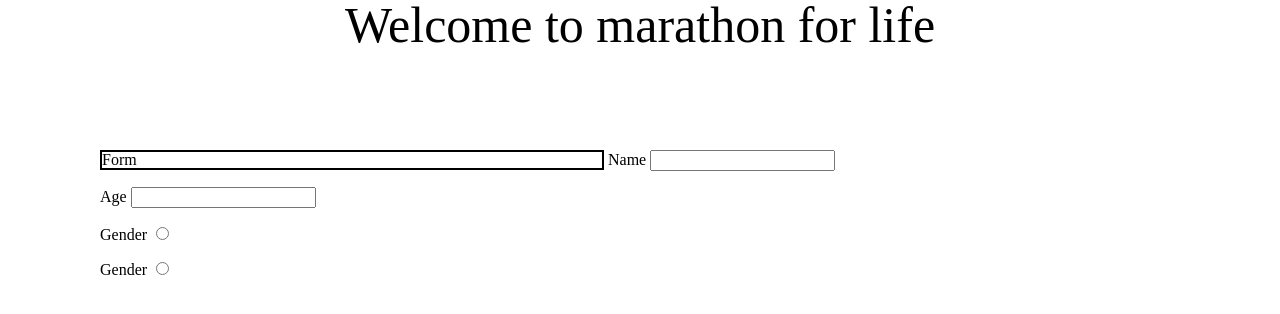
Repository: Razan-am/exam-practice
Page: marathon.html
These files come from the project's save history. The page is drawn as it stood at one moment and after the next save; the edit follows.
The browser window is 1280 px wide. The pictures show the whole page.

Above is the page before, as saved 2021-05-31 14:23:31.

After the next save:
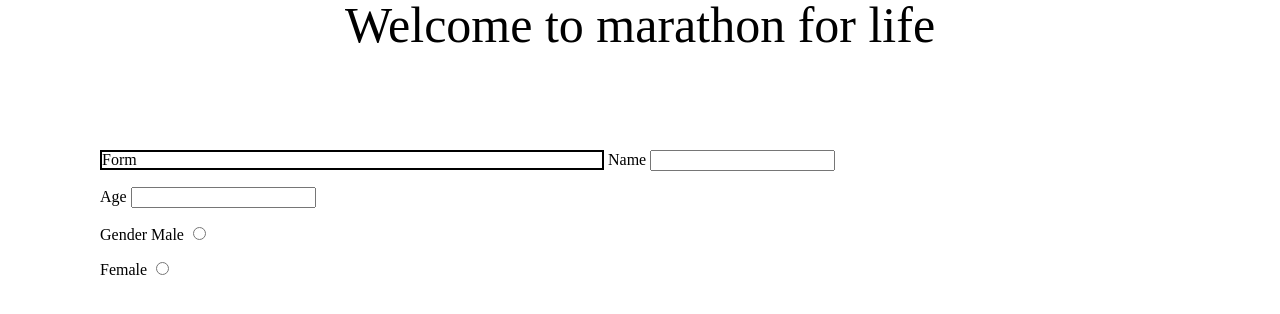
Saved 69 s later.
--- a/marathon.html
+++ b/marathon.html
@@ -21,10 +21,11 @@
             <label for="age">Age</label>
             <input type="number" id="age" name="age">
             <br/><br/>
-            <label for="gender">Gender</label>
+            <label for="">Gender</label>
+            <label for="gender">Male</label>
             <input type="radio" id="male" name="gender" value="male">
             <br/><br/>
-            <label for="gender">Gender</label>
+            <label for="gender">Female</label>
             <input type="radio" id="female" name="gender" value="female">
         </form>
     </main>
